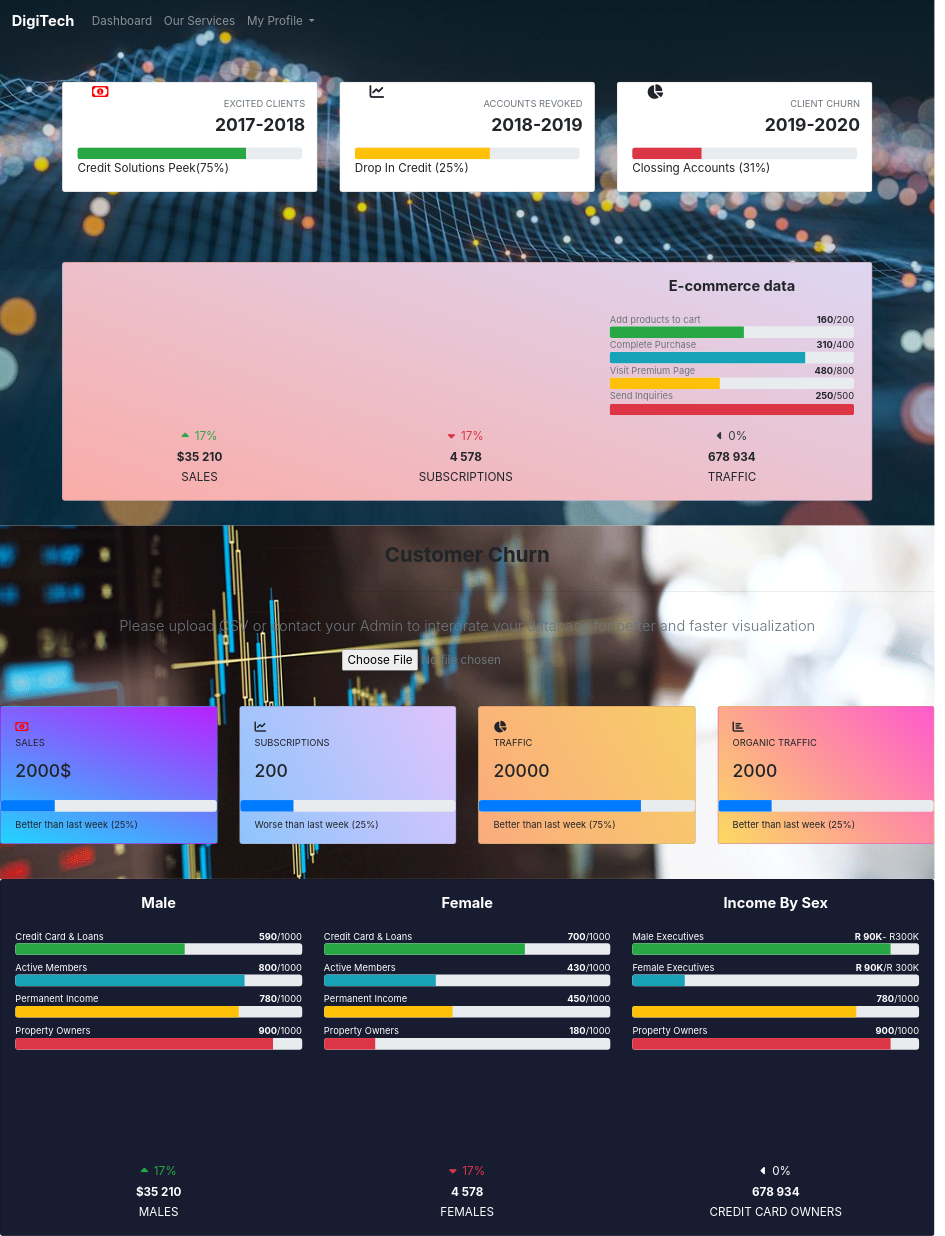
Repository: Tookliin/DigiTech
Page: /data
The author's editor kept a copy of each file at every save. The page is drawn from the files as they stood at one save, then again after the next save.
The browser window is 1280 px wide. The page is 1295 px wide, so the pictures cover 1295 px, including what lies to the right of the window. The pictures show the whole page, at 73% of full size.
The project was rebuilt for these pictures with package versions that can differ from the ones it lists, and the page was loaded fresh each time. Also part of the build but not shown: src/components/Dashboard.vue, src/components/Profile.vue, src/components/Error.vue, src/components/Register.vue.

Above is the page before, as saved 2020-07-22 10:36:00.

### src/App.vue
<template>
  <div id="app">
    <main class="">
  <nav class="navbar fixed-top navbar-expand-lg navbar-dark scrolling-navbar">
        <a class="navbar-brand" href="/"><strong>DigiTech</strong></a>
        <button class="navbar-toggler" type="button" data-toggle="collapse" data-target="#navbarSupportedContent" aria-controls="navbarSupportedContent" aria-expanded="false" aria-label="Toggle navigation">
            <span class="navbar-toggler-icon"></span>
        </button>
        <div class="collapse navbar-collapse" id="navbarSupportedContent">
            <ul class="navbar-nav mr-auto">
              <router-link to="/">
              <a class="nav-link">Dashboard <span class="sr-only">(current)</span></a></router-link>

                <router-link to="/profile">
                  <a class="nav-link" >Our Services</a>
                </router-link>


                 <li class="nav-item dropdown">
          <a class="nav-link dropdown-toggle" id="navbarDropdownMenuLink-4" data-toggle="dropdown" aria-haspopup="true"
            aria-expanded="false">
           My Profile
          </a>
          <div class="dropdown-menu dropdown-menu-right dropdown-info" aria-labelledby="navbarDropdownMenuLink-4">
             <router-link to="/data">
             <a class="dropdown-item">Account</a></router-link>

             <router-link to="/register">
             <a class="dropdown-item">Register</a></router-link>

             <router-link to="/logout">
             <a class="dropdown-item">Log out</a></router-link>



            <!-- <a class="dropdown-item" href="/data">Our Clients</a> -->
          </div>
        </li>
            </ul>
        </div>
    </nav>
    </main>
    <router-view/>
  </div>
</template>
<script>
export default {
  name: "App",
  components:{

  },
  data(){
    return{}
  }
}
</script>

### src/components/Organization.vue
<template>

<div class="">
<div class="data" style="height: 100vh;">

<div class="container ">
    <div class="row">
      <div class="col-lg-4 col-md-12 py-5 my-5">
        <div class="card mt-3">

          <div class="">
            <i class="far fa-money-bill-alt fa-lg primary-color z-depth-2 p-4 ml-3 mt-n3 rounded text-black"></i>
            <div class="float-right text-right p-3">
              <p class="text-uppercase text-muted mb-1"><small>Excited Clients</small></p>
              <h4 class="font-weight-bold mb-0">2017-2018</h4>
            </div>
          </div>

          <div class="card-body pt-0">
            <div class="progress md-progress">
              <div class="progress-bar bg-success" role="progressbar" style="width: 75%" aria-valuenow="75" aria-valuemin="0"
                aria-valuemax="100"></div>
            </div>
            <p class="card-text">Credit Solutions Peek(75%)</p>
          </div>
        </div>
      </div>

      <div class="col-lg-4 col-md-6 my-5 py-5">
        <div class="card mt-3">
          <div class="">
            <i class="fas fa-chart-line fa-lg teal z-depth-2 p-4 ml-3 mt-n3 rounded text-black"></i>
            <div class="float-right text-right p-3">
              <p class="text-uppercase text-muted mb-1"><small>Accounts Revoked</small></p>
              <h4 class="font-weight-bold mb-0">2018-2019</h4>
            </div>
          </div>
          <div class="card-body pt-0">
            <div class="progress md-progress">
              <div class="progress-bar bg-warning" role="progressbar" style="width: 60%" aria-valuenow="46" aria-valuemin="0"
                aria-valuemax="100"></div>
            </div>
            <p class="card-text">Drop In Credit (25%)</p>
          </div>
        </div>
      </div>

      <div class="col-lg-4 col-md-6 my-5 py-5">
        <div class="card mt-3">
          <div class="">
            <i class="fas fa-chart-pie fa-lg purple z-depth-2 p-4 ml-3 mt-n3 rounded text-black"></i>
            <div class="float-right text-right p-3">
              <p class="text-uppercase text-muted mb-1"><small>Client Churn</small></p>
              <h4 class="font-weight-bold mb-0">2019-2020</h4>
            </div>
          </div>
          <div class="card-body pt-0">
            <div class="progress md-progress">
              <div class="progress-bar bg-danger" role="progressbar" style="width: 31%" aria-valuenow="31" aria-valuemin="0"
                aria-valuemax="100"></div>
            </div>
            <p class="card-text">Clossing Accounts (31%)</p>
          </div>
        </div>
      </div>
    </div>


    <!-- Client Behaviour -->
 <section>
      <div class=" client-card card">
        <div class="card-body mr-md-1">
          <div class="row mb-3">
            <div class="col-md-8 mb-4">
              <canvas id="barChart" height="100"></canvas>
            </div>
            <div class="col-md-4 mb-1 mb-md-0">
              <h5 class="text-center font-weight-bold mb-4">E-commerce data</h5>
              <div class="d-flex justify-content-between">
                <small class="text-muted">Add products to cart</small>
                <small><span><strong>160</strong></span>/<span></span>200</small>
              </div>
              <div class="progress md-progress">
                <div class="progress-bar bg-success" role="progressbar" style="width: 55%" aria-valuenow="55"
                  aria-valuemin="0" aria-valuemax="100"></div>
              </div>
              <div class="d-flex justify-content-between">
                <small class="text-muted">Complete Purchase</small>
                <small><span><strong>310</strong></span>/<span></span>400</small>
              </div>
              <div class="progress md-progress">
                <div class="progress-bar bg-info" role="progressbar" style="width: 80%" aria-valuenow="80"
                  aria-valuemin="0" aria-valuemax="100"></div>
              </div>
              <div class="d-flex justify-content-between">
                <small class="text-muted">Visit Premium Page</small>
                <small><span><strong>480</strong></span>/<span></span>800</small>
              </div>
              <div class="progress md-progress">
                <div class="progress-bar bg-warning" role="progressbar" style="width: 45%" aria-valuenow="45"
                  aria-valuemin="0" aria-valuemax="100"></div>
              </div>
              <div class="d-flex justify-content-between">
                <small class="text-muted">Send Inquiries</small>
                <small><span><strong>250</strong></span>/<span></span>500</small>
              </div>
              <div class="progress md-progress">
                <div class="progress-bar bg-danger" role="progressbar" style="width: 100%" aria-valuenow="100"
                  aria-valuemin="0" aria-valuemax="100"></div>
              </div>
            </div>
          </div>
          <div class="row text-center">
            <div class="col-md-4 mb-4 mb-md-0">
              <p class="text-success mb-1"><i class="fas fa-caret-up mr-2"></i>17%</p>
              <p class="font-weight-bold mb-1">$35 210</p>
              <p class="text-uppercase mb-md-0">Sales</p>
            </div>
            <div class="col-md-4 mb-4 mb-md-0">
              <p class="text-danger mb-1"><i class="fas fa-caret-down mr-2"></i>17%</p>
              <p class="font-weight-bold mb-1">4 578</p>
              <p class="text-uppercase mb-md-0">Subscriptions</p>
            </div>
            <div class="col-md-4 mb-0">
              <p class="text-dark mb-1"><i class="fas fa-caret-left mr-2"></i>0%</p>
              <p class="font-weight-bold mb-1">678 934</p>
              <p class="text-uppercase mb-0">Traffic</p>
            </div>
          </div>
        </div>
      </div>
    </section>
    </div>
    </div>

<!-- Customer Churn -->
<section class=" customer-churn py-4">

    <h3 class="font-weight-bold text-center dark-grey-text pb-2">
        Customer Churn</h3>
    <hr class="w-header my-4">
    <p class="lead text-center text-muted pt-2 mb-3">Please upload CSV or contact your Admin to intergrate your database for better and faster visualization

    </p>
    <div class="text-center text-muted mb-5">
        <input type="file" name="form" id="form">
        <a class="primary-color"></a>
    </div>


    <div class="row white-text">
      <div class="col-xl-3 col-md-6 mb-4">
        <div class="sales card classic-admin-card primary-color">
          <div class="card-body py-3">
            <i class="far fa-money-bill-alt"></i>
            <p class="small">SALES</p>
            <h4>2000$</h4>
          </div>
          <div class="progress md-progress">
            <div class="progress-bar grey darken-3" role="progressbar" style="width: 25%" aria-valuenow="25" aria-valuemin="0" aria-valuemax="100"></div>
          </div>
          <div class="card-body pt-2 pb-3">
            <p class="small mb-0">Better than last week (25%)</p>
          </div>
        </div>
      </div>

      <div class="col-xl-3 col-md-6 mb-4">
        <div class="subscription card classic-admin-card warning-color">
          <div class="card-body py-3">
            <i class="fas fa-chart-line"></i>
            <p class="small">SUBSCRIPTIONS</p>
            <h4>200</h4>
          </div>
          <div class="progress md-progress">
            <div class="progress-bar bg grey darken-3" role="progressbar" style="width: 25%" aria-valuenow="25" aria-valuemin="0" aria-valuemax="100"></div>
          </div>
          <div class="card-body pt-2 pb-3">
            <p class="small mb-0">Worse than last week (25%)</p>
          </div>
        </div>
      </div>

      <div class="col-xl-3 col-md-6 mb-4">
        <div class="traffic card classic-admin-card light-blue lighten-1">
          <div class="card-body py-3">
            <i class="fas fa-chart-pie"></i>
            <p class="small">TRAFFIC</p>
            <h4>20000</h4>
          </div>
          <div class="progress md-progress">
            <div class="progress-bar grey darken-3" role="progressbar" style="width: 75%" aria-valuenow="75" aria-valuemin="0" aria-valuemax="100"></div>
          </div>
          <div class="card-body pt-2 pb-3">
            <p class="small mb-0">Better than last week (75%)</p>
          </div>
        </div>
      </div>

      <div class="col-xl-3 col-md-6 mb-4">
        <div class="organic card classic-admin-card red accent-2">
          <div class="card-body py-3">
            <i class="fas fa-chart-bar"></i>
            <p class="small">ORGANIC TRAFFIC</p>
            <h4>2000</h4>
          </div>
          <div class="progress md-progress">
            <div class="progress-bar grey darken-3" role="progressbar" style="width: 25%" aria-valuenow="25" aria-valuemin="0" aria-valuemax="100"></div>
          </div>
          <div class="card-body pt-2 pb-3">
            <p class="small mb-0">Better than last week (25%)</p>
          </div>
        </div>
      </div>
    </div>
  </section>


   <section>

    <div class="card" style="background-color: #181C30;">
      <div class="card-body">

        <div class="row">
        <div class="col-md-4 mb-4">

          <h5 class="text-center text-white font-weight-bold mb-4">Male</h5>

          <div class="d-flex justify-content-between">
            <small class="text-white">Credit Card & Loans</small>
            <small class="text-white"><span><strong>590</strong></span>/<span></span>1000</small>
          </div>

          <div class="progress md-progress">
            <div class="progress-bar bg-success" role="progressbar" style="width: 59%"
        ></div>
          </div>

        <div class="d-flex justify-content-between mt-2">
            <small class="text-white">Active Members</small>
            <small class="text-white"><span><strong>800</strong></span>/<span></span>1000</small>
          </div>
          <div class="progress md-progress">
            <div class="progress-bar bg-info" role="progressbar" style="width: 80%"
            ></div>
          </div>

          <div class="d-flex justify-content-between mt-2">
            <small class="text-white">Permanent Income</small>
            <small class="text-white"><span><strong>780</strong></span>/<span></span>1000</small>
          </div>
          <div class="progress md-progress">
            <div class="progress-bar bg-warning" role="progressbar" style="width: 78%" ></div>
          </div>

          <div class="d-flex justify-content-between mt-2">
            <small class="text-white">Property Owners</small>
            <small class="text-white"><span><strong>900</strong></span>/<span></span>1000</small>
          </div>
          <div class="progress md-progress">
            <div class="progress-bar bg-danger" role="progressbar" style="width: 90%" ></div>
          </div>
        </div>


      <div class="col-md-4 mb-4">
          <h5 class="text-center text-white font-weight-bold mb-4">Female</h5>

          <div class="d-flex justify-content-between">
            <small class="text-white">Credit Card & Loans</small>
            <small class="text-white"><span><strong>700</strong></span>/<span></span>1000</small>
          </div>

          <div class="progress md-progress">
            <div class="progress-bar bg-success" role="progressbar" style="width: 70%"
        ></div>
          </div>

        <div class="d-flex justify-content-between mt-2">
            <small class="text-white">Active Members</small>
            <small class="text-white"><span><strong>430</strong></span>/<span></span>1000</small>
          </div>
          <div class="progress md-progress">
            <div class="progress-bar bg-info" role="progressbar" style="width: 39%"
            ></div>
          </div>

          <div class="d-flex justify-content-between mt-2">
            <small class="text-white">Permanent Income</small>
            <small class="text-white"><span><strong>450</strong></span>/<span></span>1000</small>
          </div>
          <div class="progress md-progress">
            <div class="progress-bar bg-warning" role="progressbar" style="width: 45%" ></div>
          </div>

          <div class="d-flex justify-content-between mt-2">
            <small class="text-white">Property Owners</small>
            <small class="text-white"><span><strong>180</strong></span>/<span></span>1000</small>
          </div>
          <div class="progress md-progress">
            <div class="progress-bar bg-danger" role="progressbar" style="width: 18%" ></div>
          </div>
        </div>



        <div class="col-md-4 mb-4">
          <h5 class="text-center text-white font-weight-bold mb-4">Income By Sex</h5>

          <div class="d-flex justify-content-between">
            <small class="text-white">Male Executives</small>
            <small class="text-white"><span><strong>R 90K</strong></span>-<span></span> R300K</small>
          </div>

          <div class="progress md-progress">
            <div class="progress-bar bg-success" role="progressbar" style="width: 90%"
        ></div>
          </div>

        <div class="d-flex justify-content-between mt-2">
            <small class="text-white">Female Executives</small>
            <small class="text-white"><span><strong>R 90K</strong></span>/<span></span>R 300K</small>
          </div>
          <div class="progress md-progress">
            <div class="progress-bar bg-info" role="progressbar" style="width: 18.2%"
            ></div>
          </div>

          <div class="d-flex justify-content-between mt-2">
            <small class="text-white"></small>
            <small class="text-white"><span><strong>780</strong></span>/<span></span>1000</small>
          </div>
          <div class="progress md-progress">
            <div class="progress-bar bg-warning" role="progressbar" style="width: 78%" ></div>
          </div>

          <div class="d-flex justify-content-between mt-2">
            <small class="text-white">Property Owners</small>
            <small class="text-white"><span><strong>900</strong></span>/<span></span>1000</small>
          </div>
          <div class="progress md-progress">
            <div class="progress-bar bg-danger" role="progressbar" style="width: 90%" ></div>
          </div>
        </div>
      </div>

        <canvas id="lineChart" class="mb-4" height="100"></canvas>
        <div class="row text-center text-white">
          <div class="col-md-4 mb-4 mb-md-0">
            <p class="text-success mb-1"><i class="fas fa-caret-up mr-2"></i>17%</p>
            <p class="font-weight-bold mb-1">$35 210</p>
            <p class="text-uppercase mb-md-0">Males</p>
          </div>

          <div class="col-md-4 mb-4 mb-md-0">
            <p class="text-danger mb-1"><i class="fas fa-caret-down mr-2"></i>17%</p>
            <p class="font-weight-bold mb-1">4 578</p>
            <p class="text-uppercase mb-md-0">Females</p>
          </div>

          <div class="col-md-4 mb-0">
            <p class="text-grey mb-1"><i class="fas fa-caret-left mr-2"></i>0%</p>
            <p class="font-weight-bold mb-1">678 934</p>
            <p class="text-uppercase mb-0">Credit Card Owners</p>
          </div>
        </div>
      </div>
    </div>
  </section>
    </div>
</template>
<script>
export default {
    name: 'Profile',
    props:{


    }, data() {
        return {
            male: 8137,
            labels: ["Red", "Blue", "Yellow", "Green", "Purple", "Orange"],




        }
    },
    mounted() {

    this.ctxB = document.getElementById("barChart").getContext('2d');
    this.myBarChart =  {
      type: 'bar',
      data: {
        labels: ["Red", "Blue", "Yellow", "Green", "Purple", "Orange"],
        datasets: [{
          label: '# of Votes',
          data: [12, 19, 3, 5, 2, 3],
          backgroundColor: [
            'rgba(255, 99, 132, 0.2)',
            'rgba(54, 162, 235, 0.2)',
            'rgba(255, 206, 86, 0.2)',
            'rgba(75, 192, 192, 0.2)',
            'rgba(153, 102, 255, 0.2)',
            'rgba(255, 159, 64, 0.2)'
          ],
          borderColor: [
            'rgba(255,99,132,1)',
            'rgba(54, 162, 235, 1)',
            'rgba(255, 206, 86, 1)',
            'rgba(75, 192, 192, 1)',
            'rgba(153, 102, 255, 1)',
            'rgba(255, 159, 64, 1)'
          ],
          borderWidth: 1
        }]
      },
      options: {
        scales: {
          yAxes: [{
            ticks: {
              beginAtZero: true
            }
          }]
        }
      }
    };
    },
    methods: {

    },
}
</script>

Loaded but not shown: public/index.html (common file); src/main.js (35 lines, source omitted); src/assets/css/main.css (124 lines, source omitted)

After the next save:
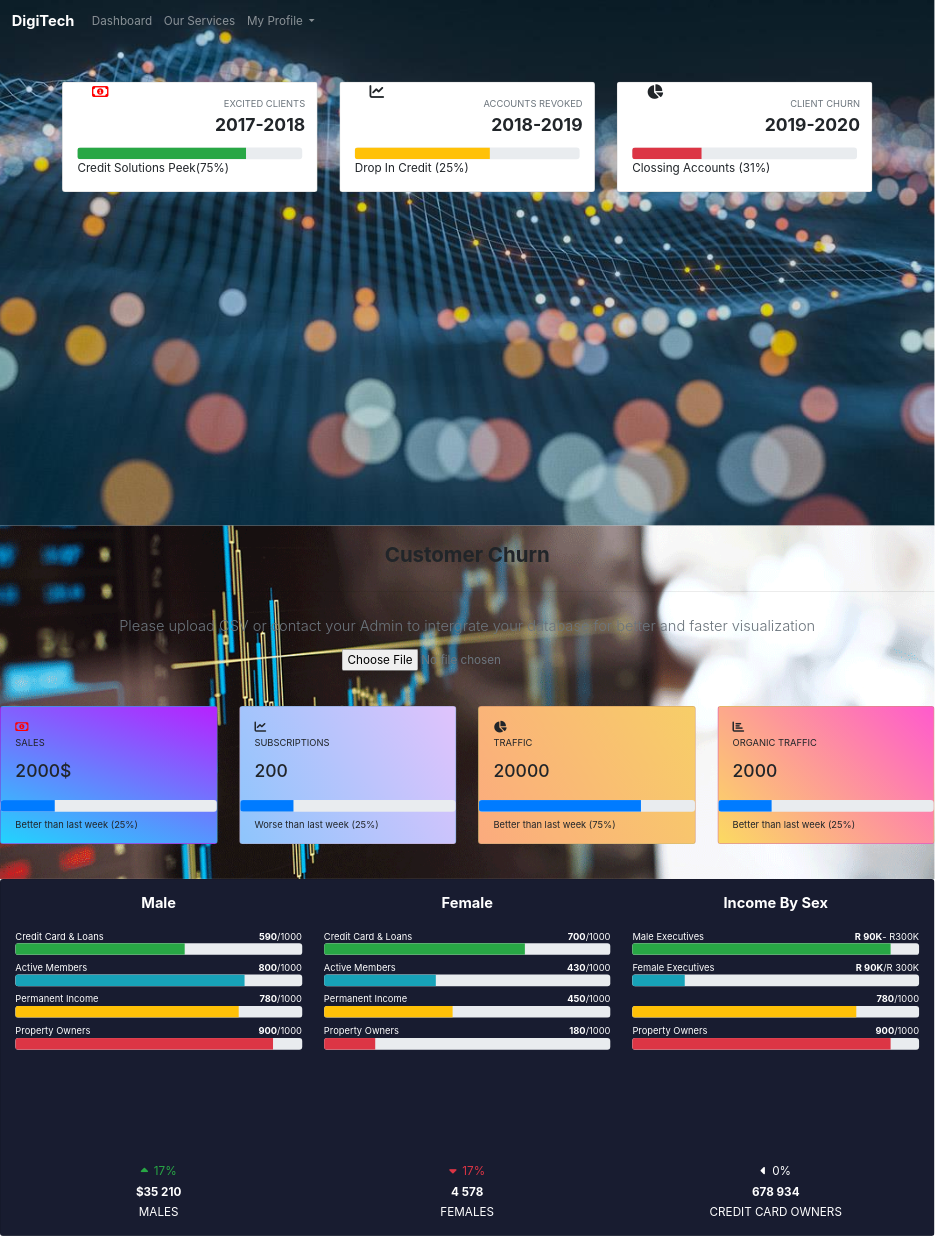
Saved 38 s later.
--- a/src/components/Organization.vue
+++ b/src/components/Organization.vue
@@ -67,7 +67,7 @@
 
 
     <!-- Client Behaviour -->
- <section>
+ <!-- <section>
       <div class=" client-card card">
         <div class="card-body mr-md-1">
           <div class="row mb-3">
@@ -129,7 +129,7 @@
           </div>
         </div>
       </div>
-    </section>
+    </section> -->
     </div>
     </div>
 

After the save that followed:
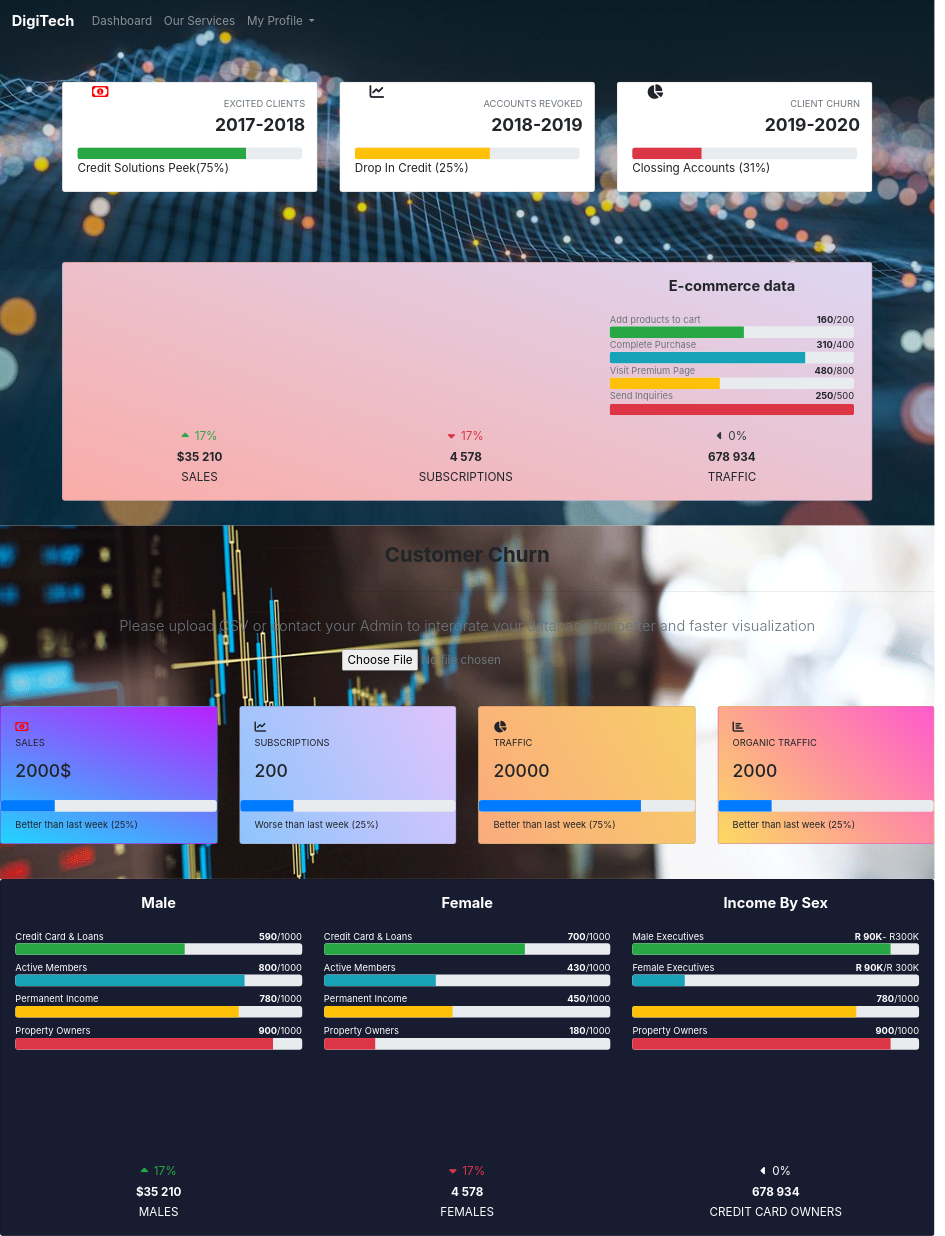
Saved 33 s later.
--- a/src/components/Organization.vue
+++ b/src/components/Organization.vue
@@ -67,7 +67,7 @@
 
 
     <!-- Client Behaviour -->
- <!-- <section>
+ <section>
       <div class=" client-card card">
         <div class="card-body mr-md-1">
           <div class="row mb-3">
@@ -129,7 +129,7 @@
           </div>
         </div>
       </div>
-    </section> -->
+    </section>
     </div>
     </div>
 
